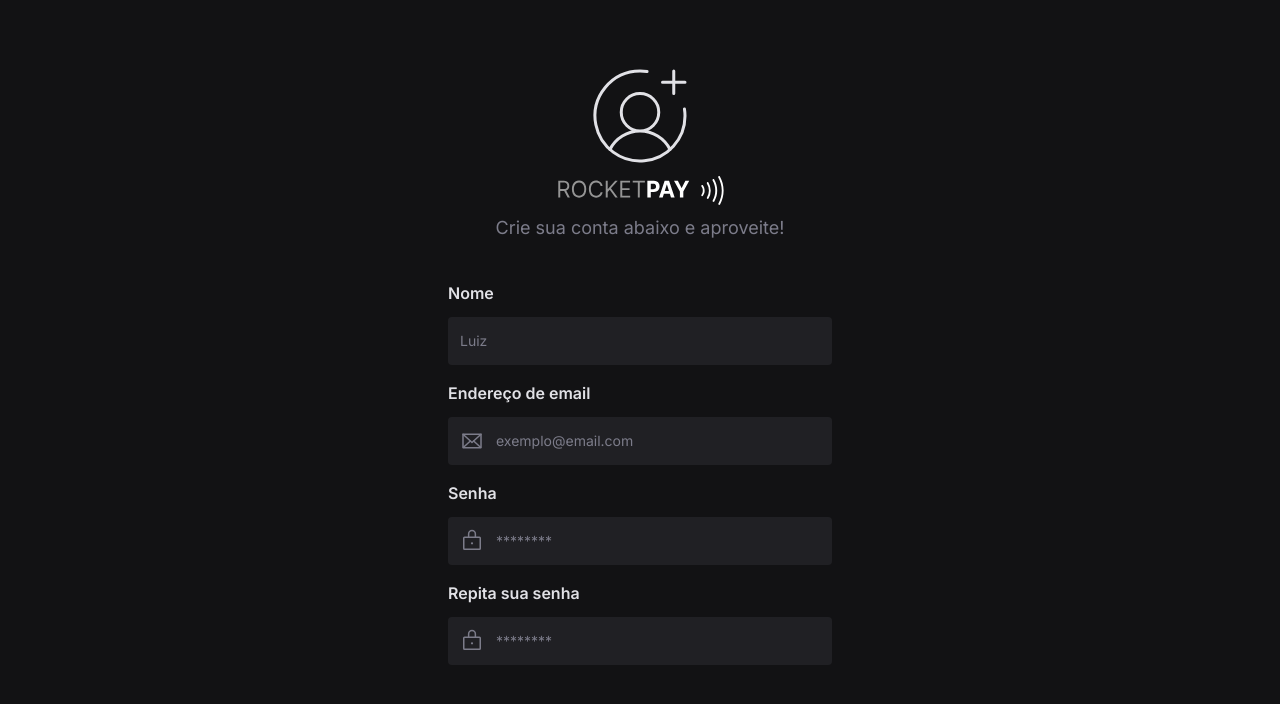
Repository: LuizAGDomingues/CreditCard-with-login
Page: /createLogin
These files come from the project's save history. The page is drawn as it stood at one moment and after a run of saves; the edit follows.
The browser window is 1280 px wide. The pictures show the whole page.
The project was rebuilt for these pictures with package versions that can differ from the ones it lists, and the page was loaded fresh each time. Also part of the build but not shown: vite.config.ts, src/components/Button.tsx, src/components/Checkbox.tsx, src/components/LogoSignIn.tsx, src/pages/SignIn.tsx.

Above is the page before, as saved 2022-10-25 16:40:09.

After the next 2 saves:
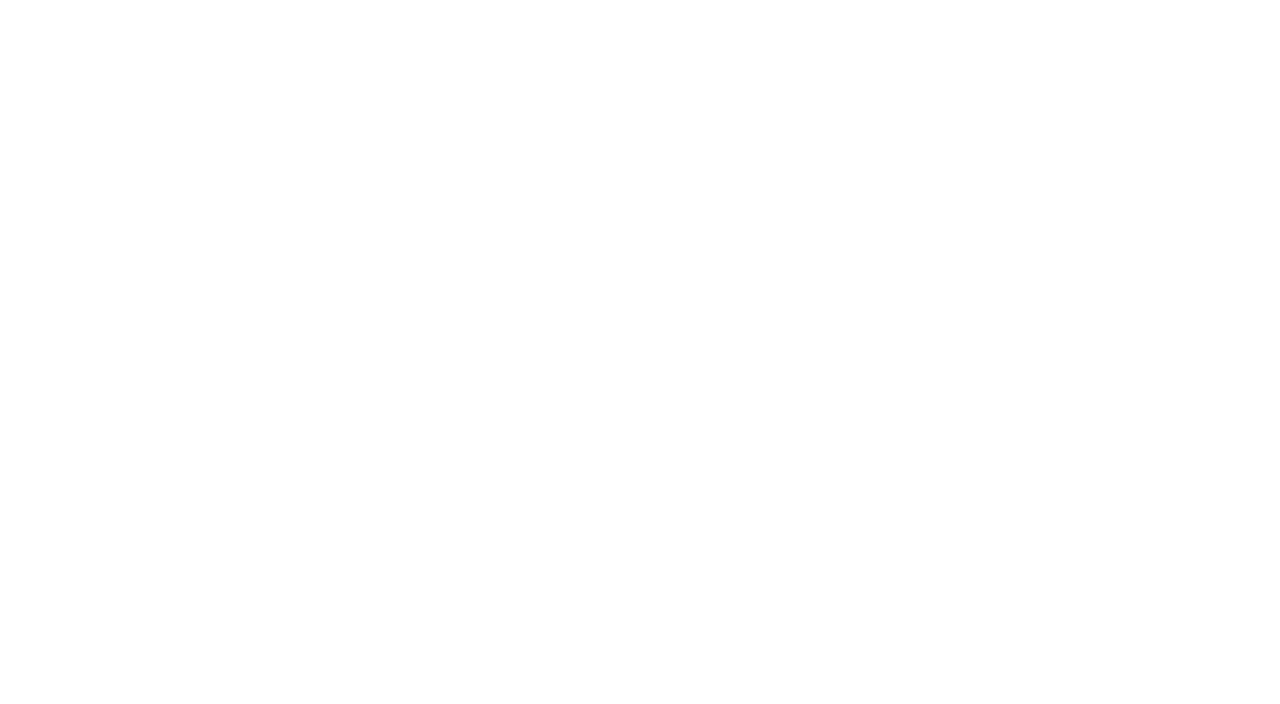
Console error: ReferenceError: activateModal is not defined
The 2 saves are shown as one change because they came seconds apart.
The last was saved 20 s later.
--- a/src/pages/CreateLogin.tsx
+++ b/src/pages/CreateLogin.tsx
@@ -64,7 +64,7 @@
         </label>
         <Dialog.Root>
           <Dialog.Trigger asChild className='mt-4'>
-            {}
+            {activateModal}
           </Dialog.Trigger>
           <Dialog.Portal>
             <Dialog.Overlay>

After the save that followed:
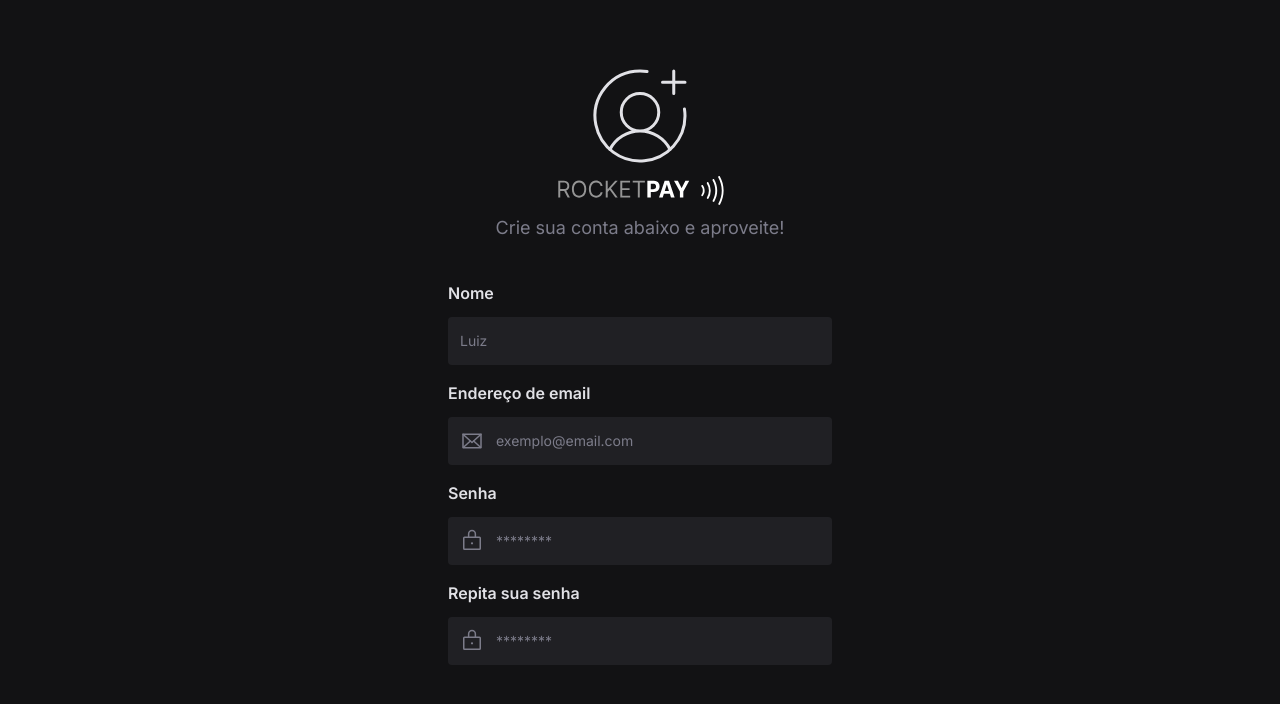
The error is gone.
Saved 13 s later.
--- a/src/pages/CreateLogin.tsx
+++ b/src/pages/CreateLogin.tsx
@@ -15,6 +15,7 @@
   const [email, setEmail] = useState('');
   const [password, setPassword] = useState('');
   const [confirmPassword, setConfirmPassword] = useState('');
+  const activateModal = true
 
   function handleCreateLogin(event: FormEvent){
     event.preventDefault();
